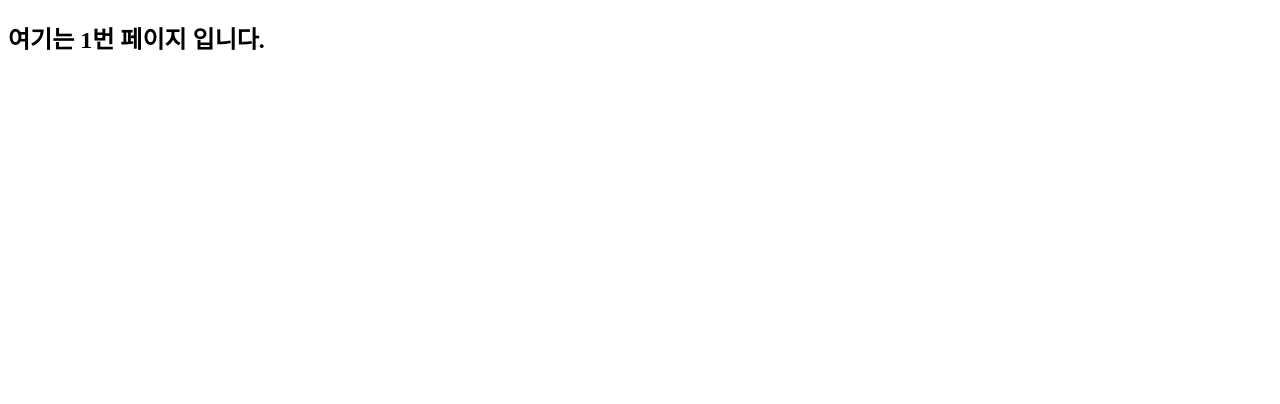
Repository: bbseok97/HTML
Page: http://localhost/jspbasic/actionTag/include_ex01.jsp
These files come from the project's save history. The page is drawn as it stood at one moment and after the next save; the edit follows.
The browser window is 1280 px wide. The pictures show the whole page.
The page is served by Tomcat 9.

Above is the page before, as saved 2024-04-09 06:46:18.

After the next save:
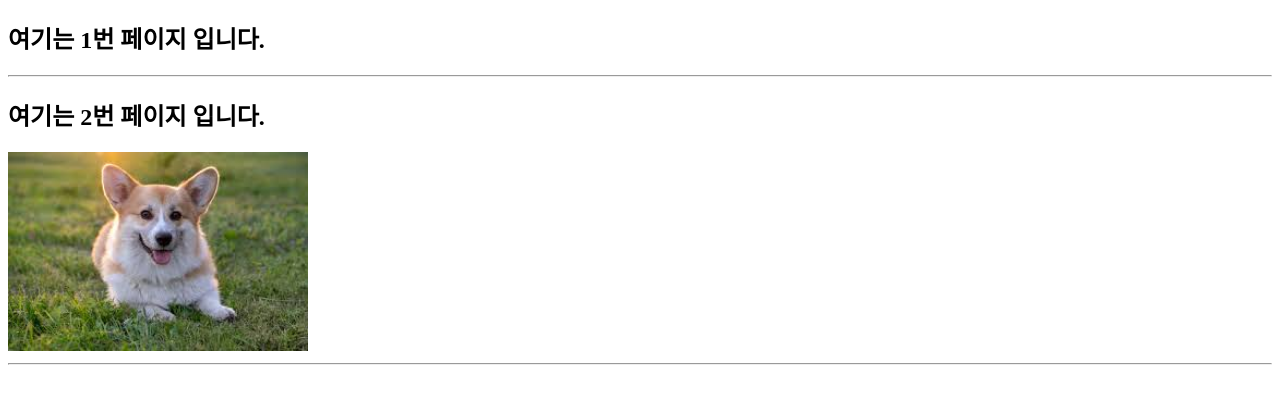
Saved 79 s later.
--- a/jspbasic/src/main/webapp/actionTag/include_ex01.jsp
+++ b/jspbasic/src/main/webapp/actionTag/include_ex01.jsp
@@ -8,5 +8,8 @@
 	</head>
 	<body>
 		<h2> 여기는 1번 페이지 입니다.</h2>
+		<hr>
+		<%@ include file="include_ex02.jsp" %>
+		<hr>
 	</body>
 </html>
